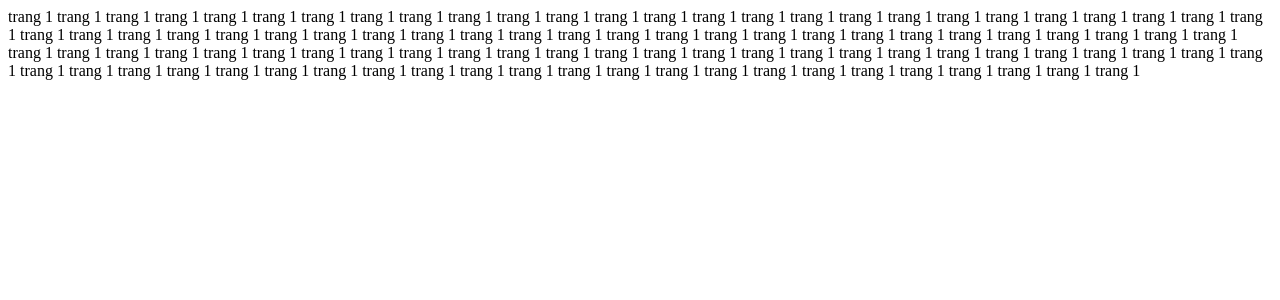
Repository: PhanCanhThoi/javaNangCao-Truong
Page: http://localhost/Nhom6/phantrang.jsp
These files come from the project's save history. The page is drawn as it stood at one moment and after the next save; the edit follows.
The browser window is 1280 px wide. The pictures show the whole page.
The page is served by Tomcat 9. Other server files are loaded and not shown.

Above is the page before, as saved 2024-09-10 02:28:56.

### CodeJava/Nhom6/src/main/webapp/phantrang.jsp
<%@ page language="java" contentType="text/html; charset=UTF-8"
    pageEncoding="UTF-8"%>
<!DOCTYPE html>
<html>
<head>
<meta charset="UTF-8">
<title>Insert title here</title>
</head>
<body>
	<%for(int i = 1 ; i <= 100 ; i++){ %>
		<a>trang <%=1 %></a>
		<%} %>
</body>
</html>

After the next save:
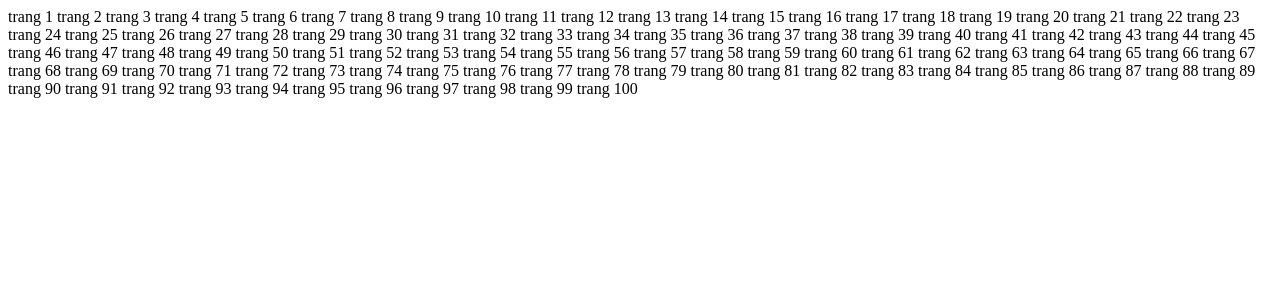
Saved 17 s later.
--- a/CodeJava/Nhom6/src/main/webapp/phantrang.jsp
+++ b/CodeJava/Nhom6/src/main/webapp/phantrang.jsp
@@ -8,7 +8,7 @@
 </head>
 <body>
 	<%for(int i = 1 ; i <= 100 ; i++){ %>
-		<a>trang <%=1 %></a>
+		<a>trang <%=i %></a>
 		<%} %>
 </body>
 </html>
